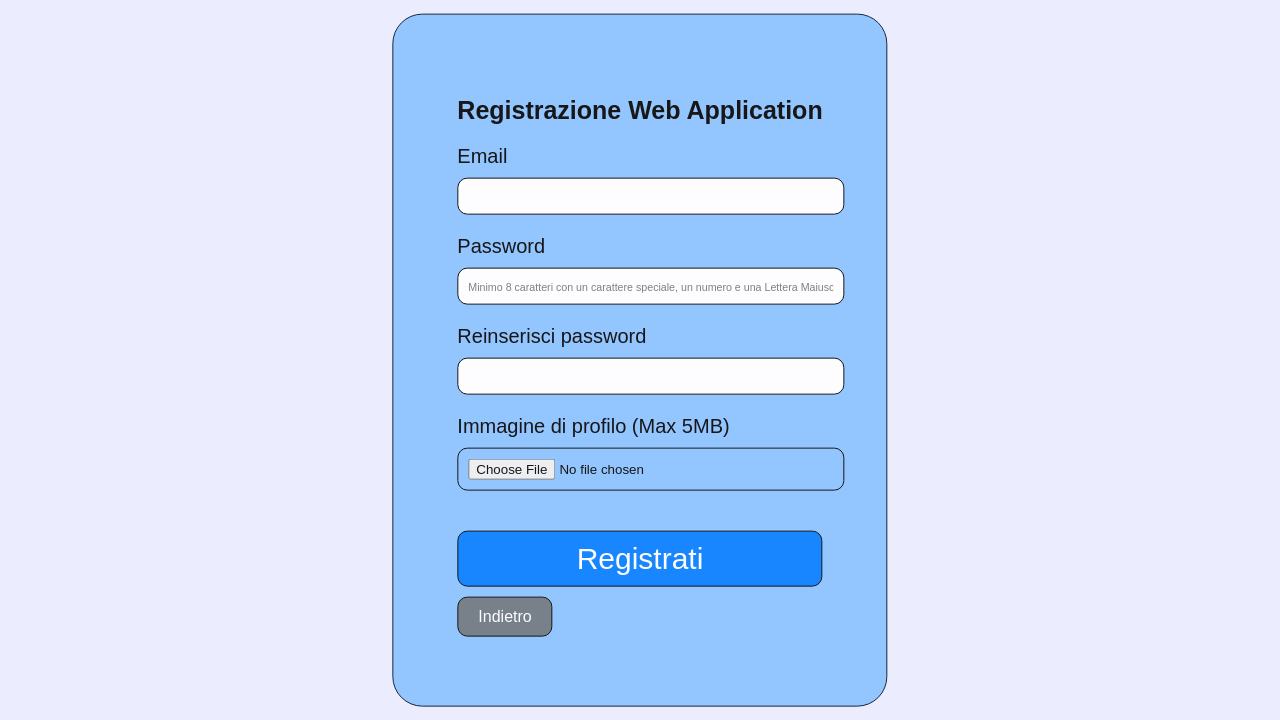
Repository: GabrielCellammare/WebApplication-SA-CyberSecurity
Page: http://localhost/WebProject-CellammareGabriel_ApplicationSecurity_/userNotLoggedRegistration.jsp
These files come from the project's save history. The page is drawn as it stood at one moment and after the next save; the edit follows.
The browser window is 1280 px wide. The pictures show the whole page.
The page is served by Tomcat 9. Nobody is signed in. The application's start-up code is not run.

Above is the page before, as saved 2024-03-10 16:57:19.

After the next save:
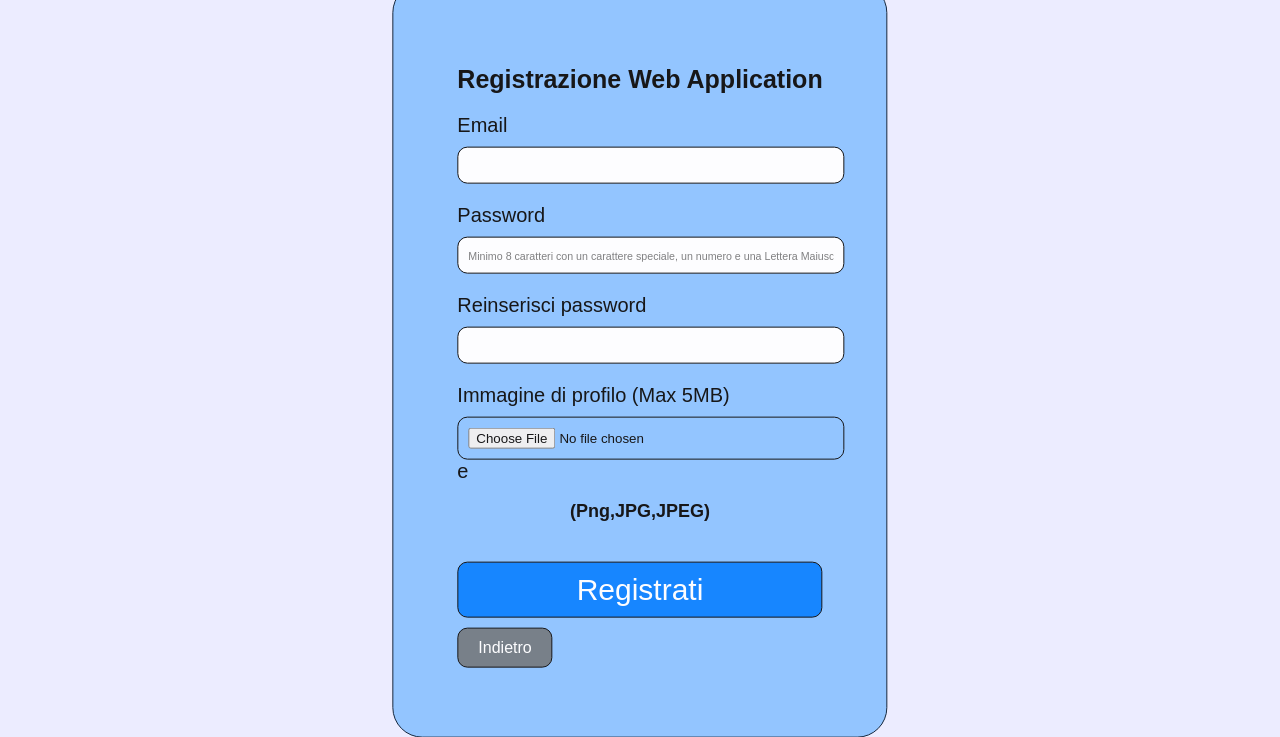
Saved 79 s later.
--- a/WebProject-CellammareGabriel(ApplicationSecurity)/WebContent/userNotLoggedRegistration.jsp
+++ b/WebProject-CellammareGabriel(ApplicationSecurity)/WebContent/userNotLoggedRegistration.jsp
@@ -27,7 +27,8 @@
                 </div>
                 <div class="field">
                     <label for="image">Immagine di profilo (Max 5MB)</label>
-                    <input type="file" name="profileImage" id="profileImage" required>
+                    <input type="file" name="profileImage" id="profileImage" required>e
+                    <p>(Png,JPG,JPEG)</p>
                 </div>
                 <input type="submit" value="Registrati">
                 <a href="userNotLoggedIndex.jsp" class="btn">Indietro</a>
